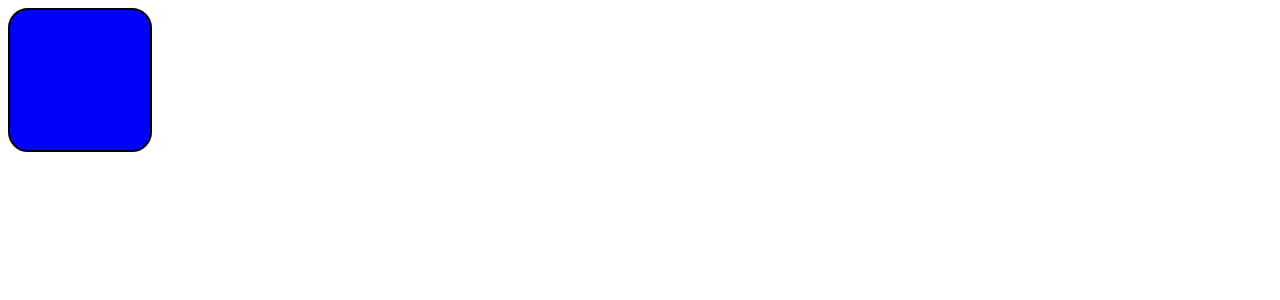
Repository: 16-Doffy/howtouse-htmlcss
Page: box_sizing/index.html
These files come from the project's save history. The page is drawn as it stood at one moment and after a run of saves; the edit follows.
The browser window is 1280 px wide. The pictures show the whole page.

Above is the page before, as saved 2024-12-20 19:21:46.

### box_sizing/index.html
<!DOCTYPE html>
<html lang="en">
<head>
    <meta charset="UTF-8">
    <meta name="viewport" content="width=device-width, initial-scale=1.0">
    <link rel="stylesheet" href="styles.css">
    <title>Box-Sizing</title>
</head>
<body>
        <div class="boxed"></div>
</body>
</html>

### box_sizing/styles.css
body{
    margin-right: 0 auto;
}

.boxed{
    width: 100px;
    height: 100px;
    border-radius: 20px;
    border: 2px solid black;
    background-color: blue;
    padding: 20px;
}

After the next 2 saves:
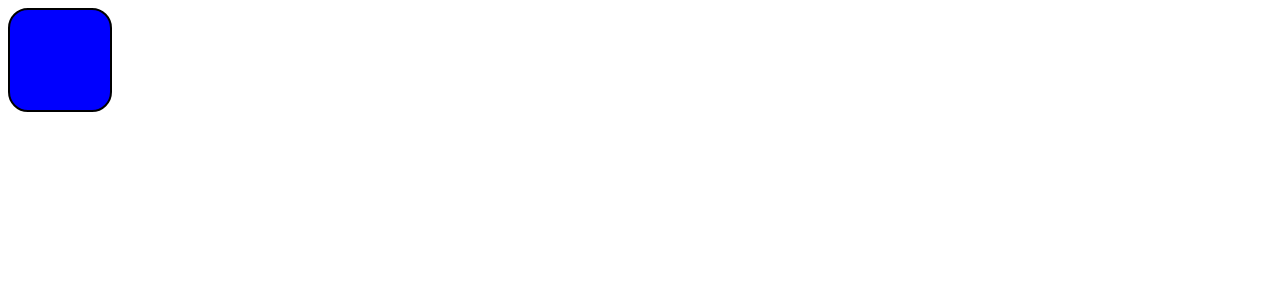
The 2 saves are shown as one change because they came seconds apart.
The last was saved 11 s later.
--- a/box_sizing/styles.css
+++ b/box_sizing/styles.css
@@ -1,5 +1,5 @@
 body{
-    margin-right: 0 auto;
+    margin-right: 20px ;
 }
 
 .boxed{
@@ -8,5 +8,5 @@
     border-radius: 20px;
     border: 2px solid black;
     background-color: blue;
-    padding: 20px;
+
 }
